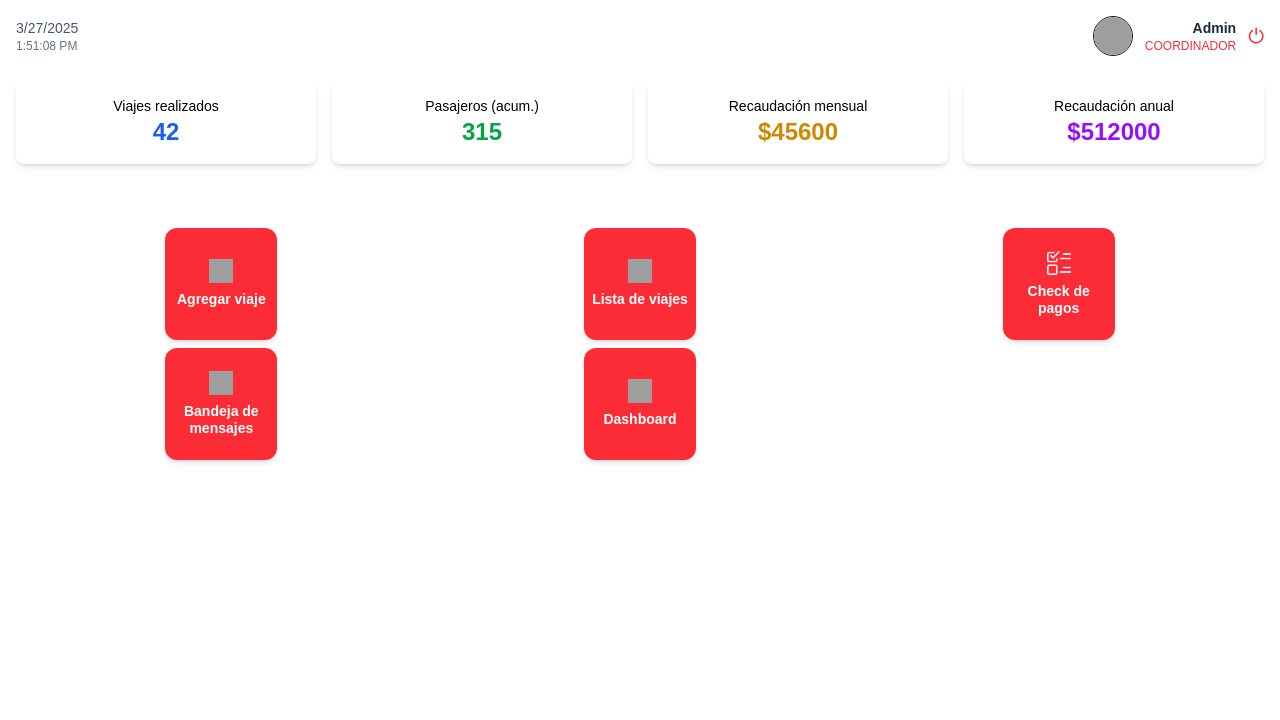
Repository: francoluca35/appcolectivos
Page: /homeadmin
An editor plug-in stored every save of this project. The page is shown before and after the next save, followed by the edit.
The browser window is 1280 px wide. The pictures show the whole page.
Pictures or frames that could not be fetched are drawn as grey boxes. The project was rebuilt for these pictures with package versions that can differ from the ones it lists, and the page was loaded fresh each time. The framework's server and built-in components were replaced by stand-ins that run in the browser. Also part of the build but not shown: next.config.mjs.

Above is the page before, as saved 2025-03-27 23:21:55.

### src/app/homeadmin/page.js
"use client";

import React, { useEffect, useState } from "react";
import { useRouter } from "next/navigation";
import EstadisticasPanel from "../components/EstadisticasPanel";

export default function HomeAdmin() {
  const [fechaHora, setFechaHora] = useState(new Date());
  const router = useRouter();

  const usuario = JSON.parse(localStorage.getItem("adminUser")) || {
    username: "Admin",
    role: "COORDINADOR",
  };

  const stats = {
    cantidadViajes: 42,
    cantidadPasajeros: 315,
    recaudacionMensual: 45600,
    recaudacionAnual: 512000,
  };

  useEffect(() => {
    const interval = setInterval(() => setFechaHora(new Date()), 1000);
    return () => clearInterval(interval);
  }, []);

  const botones = [
    { texto: "Agregar viaje", ruta: "/agregarviaje", icono: "/iconos/agregar.png" },
    { texto: "Lista de viajes", ruta: "/listaviajes", icono: "/iconos/lista.png" },
    { texto: "Check de pagos", ruta: "/checkpagos", icono: "/iconos/check.png" },
    { texto: "Bandeja de mensajes", ruta: "/mensajes", icono: "/iconos/mensajes.png" },
    { texto: "Dashboard", ruta: "/dashboard", icono: "/iconos/dashboard.png" },
  ];

  return (
    <div className="min-h-screen bg-white p-4 flex flex-col items-center gap-6">
      {/* Header */}
      <div className="w-full flex justify-between items-center">
        <div>
          <p className="text-sm text-gray-600">{fechaHora.toLocaleDateString()}</p>
          <p className="text-xs text-gray-500">{fechaHora.toLocaleTimeString()}</p>
        </div>

        <div className="flex items-center gap-3">
          <img src="/avatar.png" alt="Avatar" className="w-10 h-10 rounded-full border" />
          <div className="text-right">
            <p className="text-sm font-bold text-gray-800">{usuario.username}</p>
            <p className="text-xs text-red-500 uppercase">{usuario.role}</p>
          </div>
          <button
            onClick={() => {
              localStorage.removeItem("adminUser");
              router.push("/admin");
            }}
            className="text-red-500 text-xl hover:text-red-700 transition"
            title="Cerrar sesión"
          >
            ⏻
          </button>
        </div>
      </div>

      {/* Estadísticas */}
      <div className="w-full">
        <EstadisticasPanel stats={stats} />
      </div>

      {/* Botones */}
   {/* Botones */}
<div className="grid grid-cols-2 md:grid-cols-3 gap-4 md:gap-2 w-full justify-items-center">
  {botones.map((btn, i) => (
    <button
      key={i}
      onClick={() => router.push(btn.ruta)}
      className="bg-red-500 rounded-xl w-36 h-36 md:w-28 md:h-28 flex flex-col items-center justify-center shadow-md hover:bg-red-600 transition"
    >
      <img src={btn.icono} alt={btn.texto} className="w-8 h-8 md:w-6 md:h-6 mb-2" />
      <span className="text-white text-sm font-semibold text-center px-1 leading-tight">
        {btn.texto}
      </span>
    </button>
  ))}
</div>

    </div>
  );
}

### src/app/components/EstadisticasPanel.js
import React from "react";

export default function EstadisticasPanel({ stats }) {
  return (
    <div className="grid grid-cols-2 md:grid-cols-4 gap-4 mb-10">
      <div className="bg-white shadow-md rounded-lg p-4 text-center">
        <p className="text-sm text-black">Viajes realizados</p>
        <p className="text-2xl font-bold text-blue-600">{stats.cantidadViajes}</p>
      </div>
      <div className="bg-white shadow-md rounded-lg p-4 text-center">
        <p className="text-sm text-black">Pasajeros (acum.)</p>
        <p className="text-2xl font-bold text-green-600 ">{stats.cantidadPasajeros}</p>
      </div>
      <div className="bg-white shadow-md rounded-lg p-4 text-center">
        <p className="text-sm text-black">Recaudación mensual</p>
        <p className="text-2xl font-bold text-yellow-600">${stats.recaudacionMensual}</p>
      </div>
      <div className="bg-white shadow-md rounded-lg p-4 text-center">
        <p className="text-sm text-black">Recaudación anual</p>
        <p className="text-2xl font-bold text-purple-600">${stats.recaudacionAnual}</p>
      </div>
    </div>
  );
}

Loaded but not shown: src/app/layout.js (common file); src/app/globals.css (common file)

After the next save:
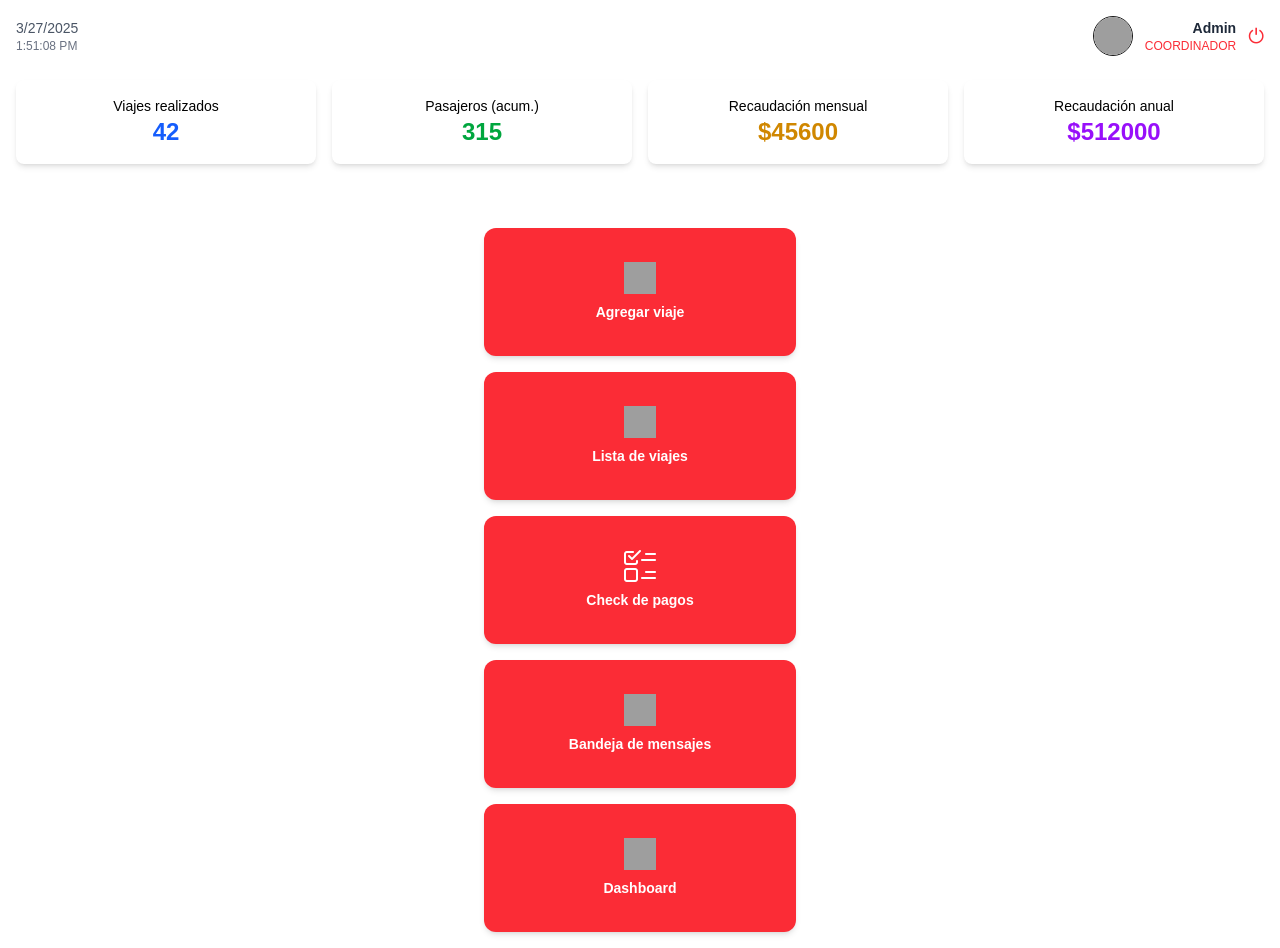
Saved 80 s later.
--- a/src/app/homeadmin/page.js
+++ b/src/app/homeadmin/page.js
@@ -68,20 +68,24 @@ export default function HomeAdmin() {
 
       {/* Botones */}
    {/* Botones */}
-<div className="grid grid-cols-2 md:grid-cols-3 gap-4 md:gap-2 w-full justify-items-center">
-  {botones.map((btn, i) => (
-    <button
-      key={i}
-      onClick={() => router.push(btn.ruta)}
-      className="bg-red-500 rounded-xl w-36 h-36 md:w-28 md:h-28 flex flex-col items-center justify-center shadow-md hover:bg-red-600 transition"
-    >
-      <img src={btn.icono} alt={btn.texto} className="w-8 h-8 md:w-6 md:h-6 mb-2" />
-      <span className="text-white text-sm font-semibold text-center px-1 leading-tight">
-        {btn.texto}
-      </span>
-    </button>
-  ))}
+{/* Botones: vertical en desktop, grid en mobile */}
+<div className="w-full flex justify-center">
+  <div className="grid grid-cols-2 gap-4 md:grid-cols-3 lg:grid-cols-1 lg:w-1/4">
+    {botones.map((btn, i) => (
+      <button
+        key={i}
+        onClick={() => router.push(btn.ruta)}
+        className="bg-red-500 rounded-xl w-full h-32 flex flex-col items-center justify-center shadow-md hover:bg-red-600 transition"
+      >
+        <img src={btn.icono} alt={btn.texto} className="w-8 h-8 mb-2" />
+        <span className="text-white text-sm font-semibold text-center px-1">
+          {btn.texto}
+        </span>
+      </button>
+    ))}
+  </div>
 </div>
+
 
     </div>
   );
